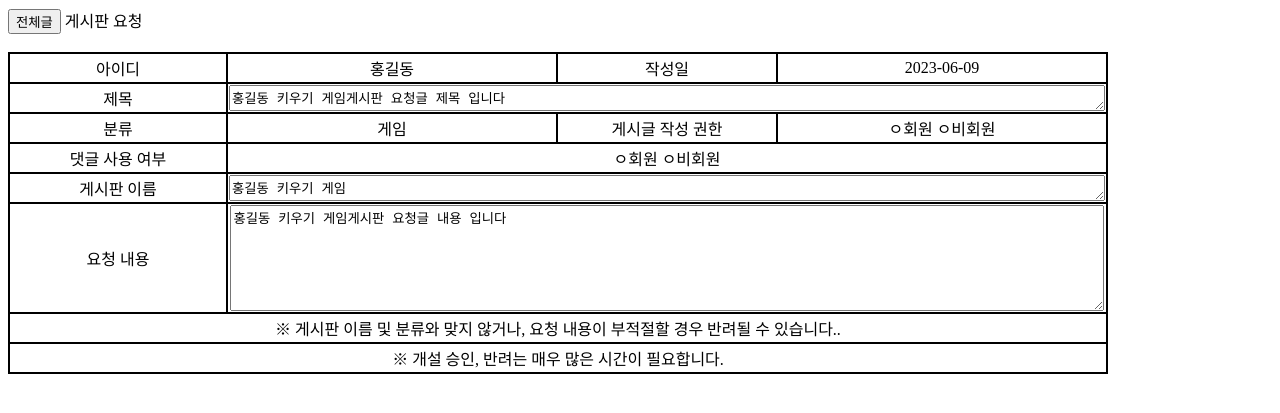
Repository: LJzero-dev/java-study
Page: http://localhost/ktbwos/bbs/request_view.jsp
These files come from the project's save history. The page is drawn as it stood at one moment and after the next save; the edit follows.
The browser window is 1280 px wide. The pictures show the whole page.
The page is served by Tomcat 9.

Above is the page before, as saved 2023-06-11 05:54:14.

After the next save:
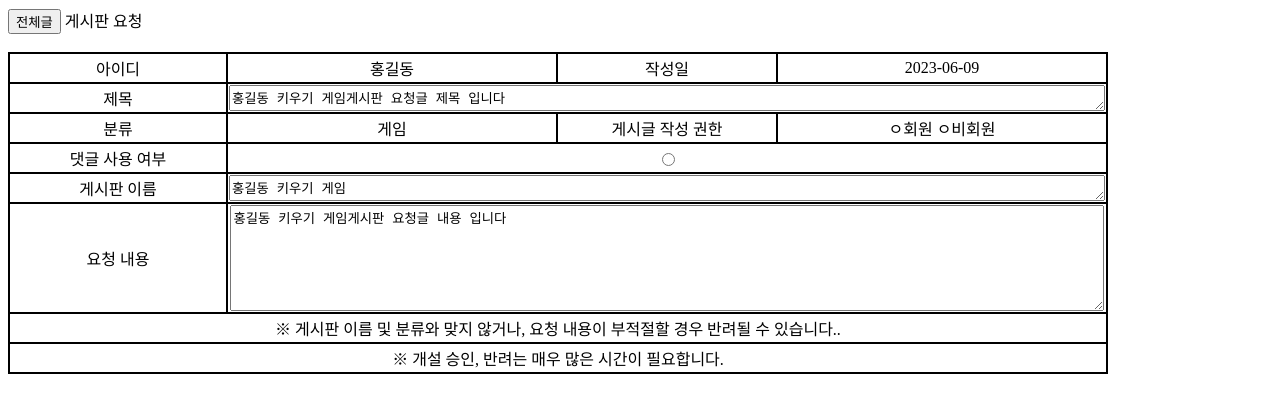
Saved 36 s later.
--- a/web/ktbwos/WebContent/bbs/request_view.jsp
+++ b/web/ktbwos/WebContent/bbs/request_view.jsp
@@ -41,7 +41,7 @@
 		</tr>
 		<tr>
 			<td>댓글 사용 여부</td>
-			<td colspan="3">ㅇ회원 ㅇ비회원</td>
+			<td colspan="3"><input type="radio"></td>
 		</tr>
 		<tr>
 			<td>게시판 이름</td>
